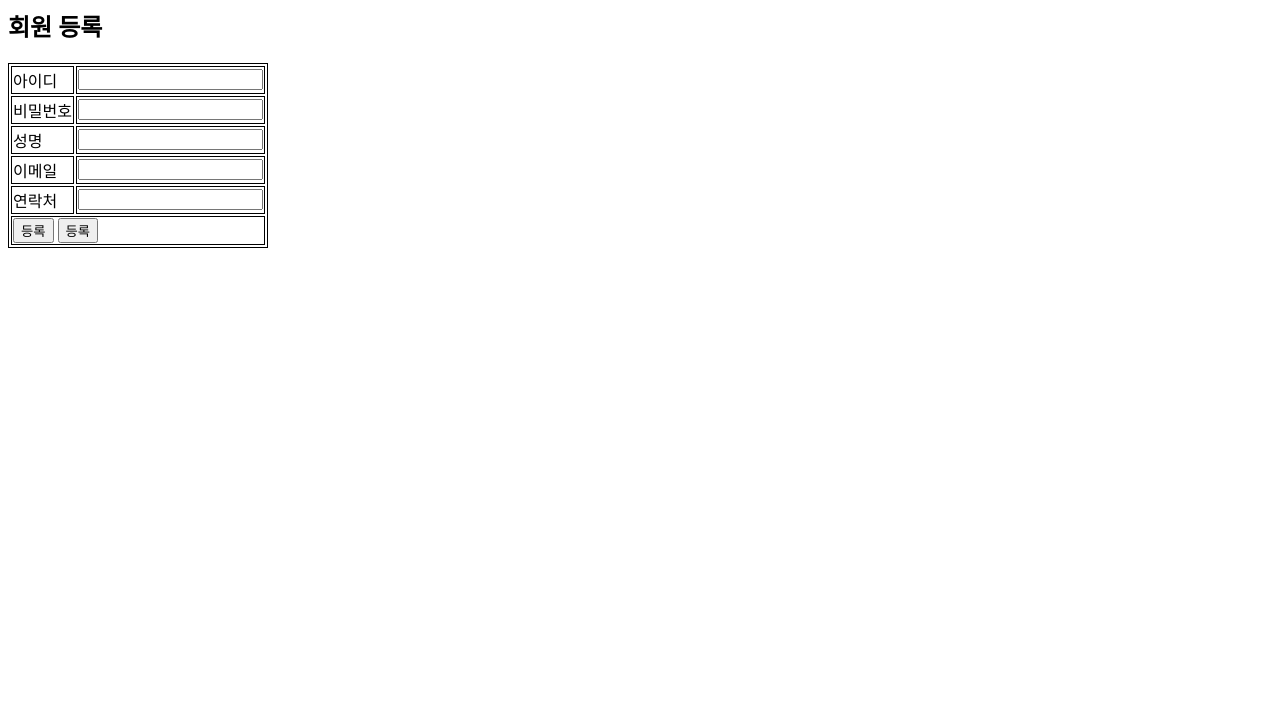
Repository: dlrjsgh367/SW-L5-20V1
Page: http://localhost/SW-L5-20V1/register.jsp
The author's editor kept a copy of each file at every save. The page is drawn from the files as they stood at one save, then again after a run of saves.
The browser window is 1280 px wide. The pictures show the whole page.
The page is served by Tomcat 9. Other server files are loaded and not shown.

Above is the page before, as saved 2025-01-12 09:59:44.

### SW-L5-20V1/WebContent/register.jsp
<%@ page language="java" contentType="text/html; charset=UTF-8" pageEncoding="UTF-8"%>

<html>
<head>
  <meta http-equiv="Content-Type" content="text/html; charset=UTF-8">
  <link rel="stylesheet" href="style_for_task3.css">
</head>
<body>
  <div class="container">
     <form action="">
       <h2>회원 등록</h2>
       <table>
         <tbody>
           <tr>
             <td>아이디</td>
             <td>
               <input type="text" name="p_id"/>
             </td>
           </tr>
           <tr>
             <td>비밀번호</td>
             <td>
               <input type="text" name="p_pw"/>
             </td>
           </tr>
           <tr>
             <td>성명</td>
             <td>
               <input type="text" name="c_name"/>
             </td>
           </tr>
           <tr>
             <td>이메일</td>
             <td>
               <input type="text" name="c_email"/>
             </td>
           </tr>
           <tr>
             <td>연락처</td>
             <td>
               <input type="text" name="c_tel"/>
             </td>
           </tr>
           <tr>
             <td colspan="2">
               <button type="submit">등록 </button>
               <button onClick="location.href='check.jsp'">등록 </button>
             </td>
           </tr>
         </tbody>
       </table>
     </form>
  </div>
</body>
</html>

### SW-L5-20V1/WebContent/style_for_task3.css
html, body {
	height: 100%
}

table, td {
	border: 1px solid;
}

.container {

	height: 100%;
}

After the next 2 saves:
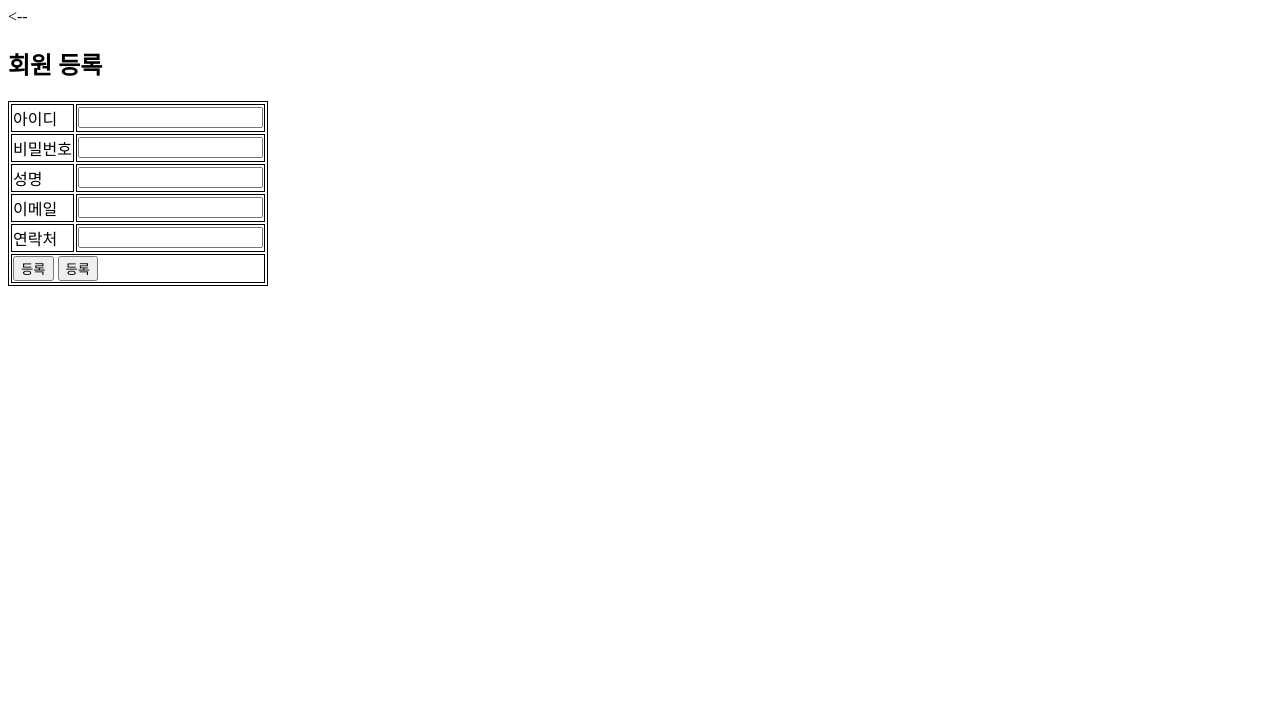
The 2 saves are shown as one change because they came seconds apart.
The last was saved 66 s later.
--- a/SW-L5-20V1/WebContent/register.jsp
+++ b/SW-L5-20V1/WebContent/register.jsp
@@ -7,6 +7,7 @@
 </head>
 <body>
   <div class="container">
+     <--
      <form action="">
        <h2>회원 등록</h2>
        <table>
@@ -50,6 +51,7 @@
          </tbody>
        </table>
      </form>
+
   </div>
 </body>
 </html>
